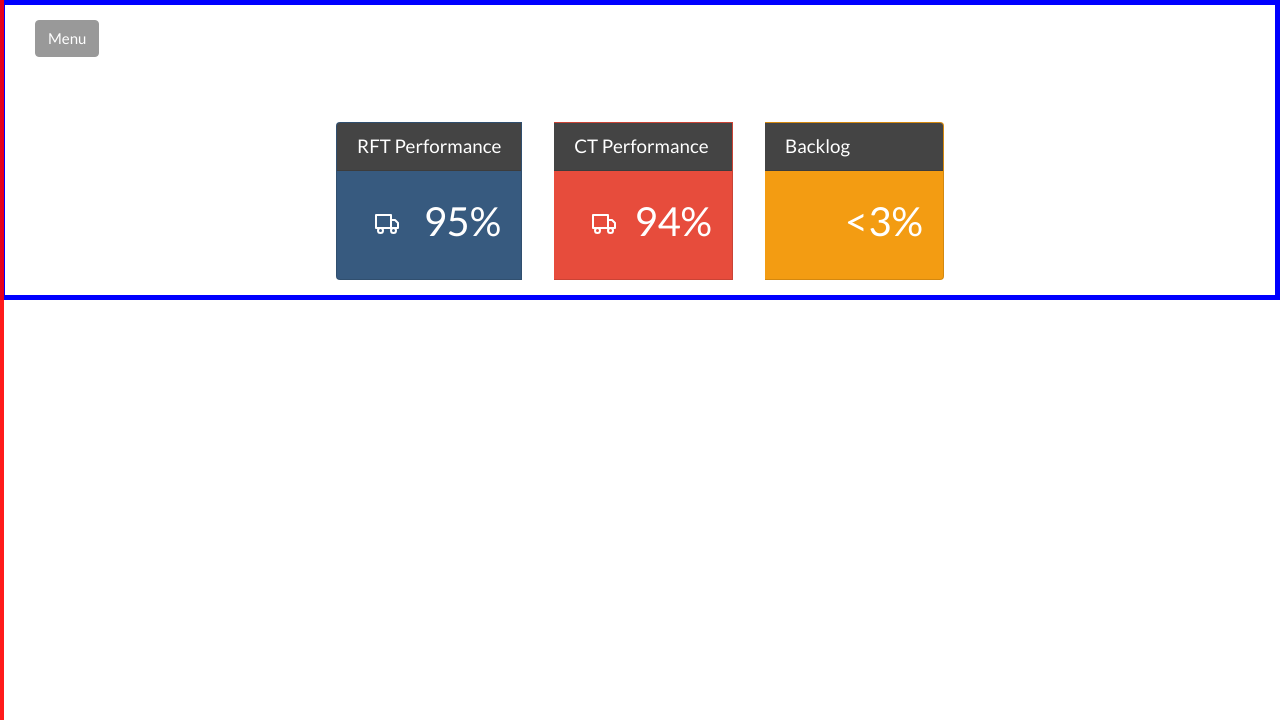
Repository: valenovi76/Delivery-Dashboard
Page: Index.html
The author's editor kept a record of every edit. The page is drawn from the files as they stood at one moment, then again after the next edit.
The browser window is 1280 px wide. The pictures show the whole page.
Some icons come from a web library that is not loaded, so they are not drawn. Some web libraries are served in a nearby version.

Above is the page before.
Console error: TypeError: Cannot read properties of null (reading 'textContent')

After the next edit:
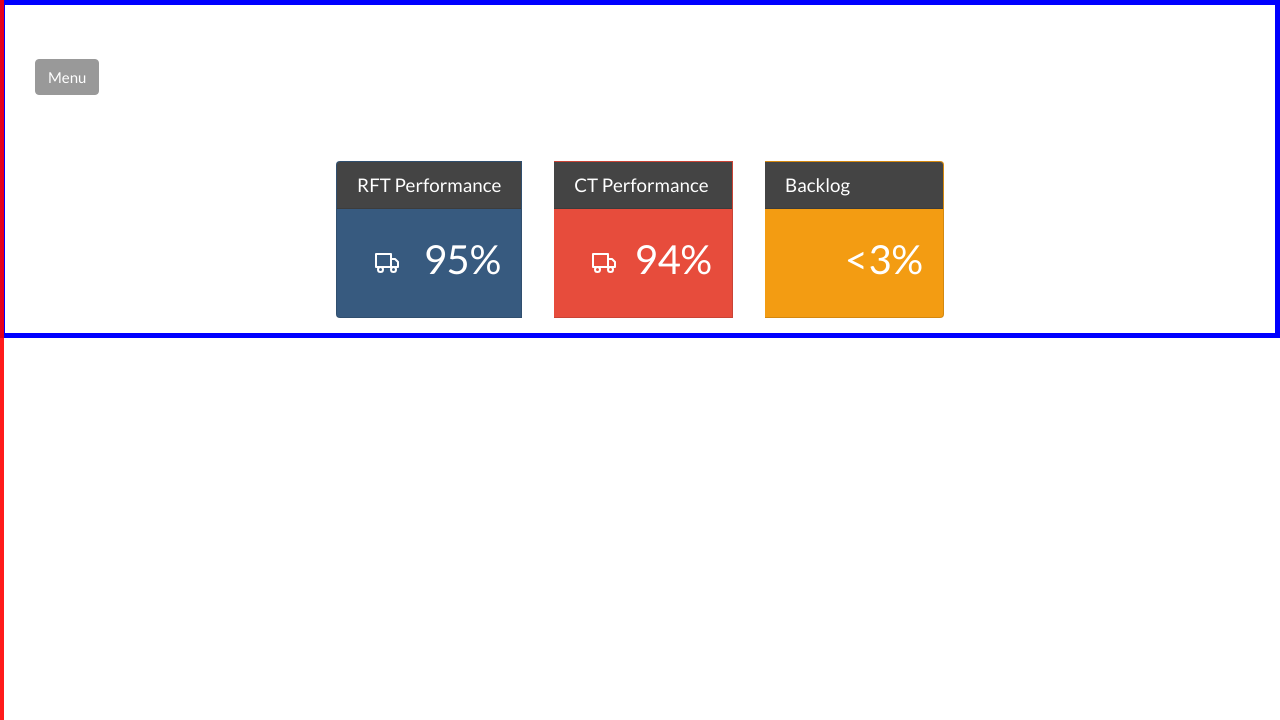
The edit:
--- a/Index.html
+++ b/Index.html
@@ -35,6 +35,9 @@
         <!-- Page content -->
         <div id="page-content-wrapper">
             <div class="container-fluid">
+                <div class="header text-center">
+                    <p>test</p>
+                </div>
                 <div class="row">
                     <div class="col-lg-12">
                             <a href="#" class="btn btn-light" id="menu-toggle">Menu</a>
